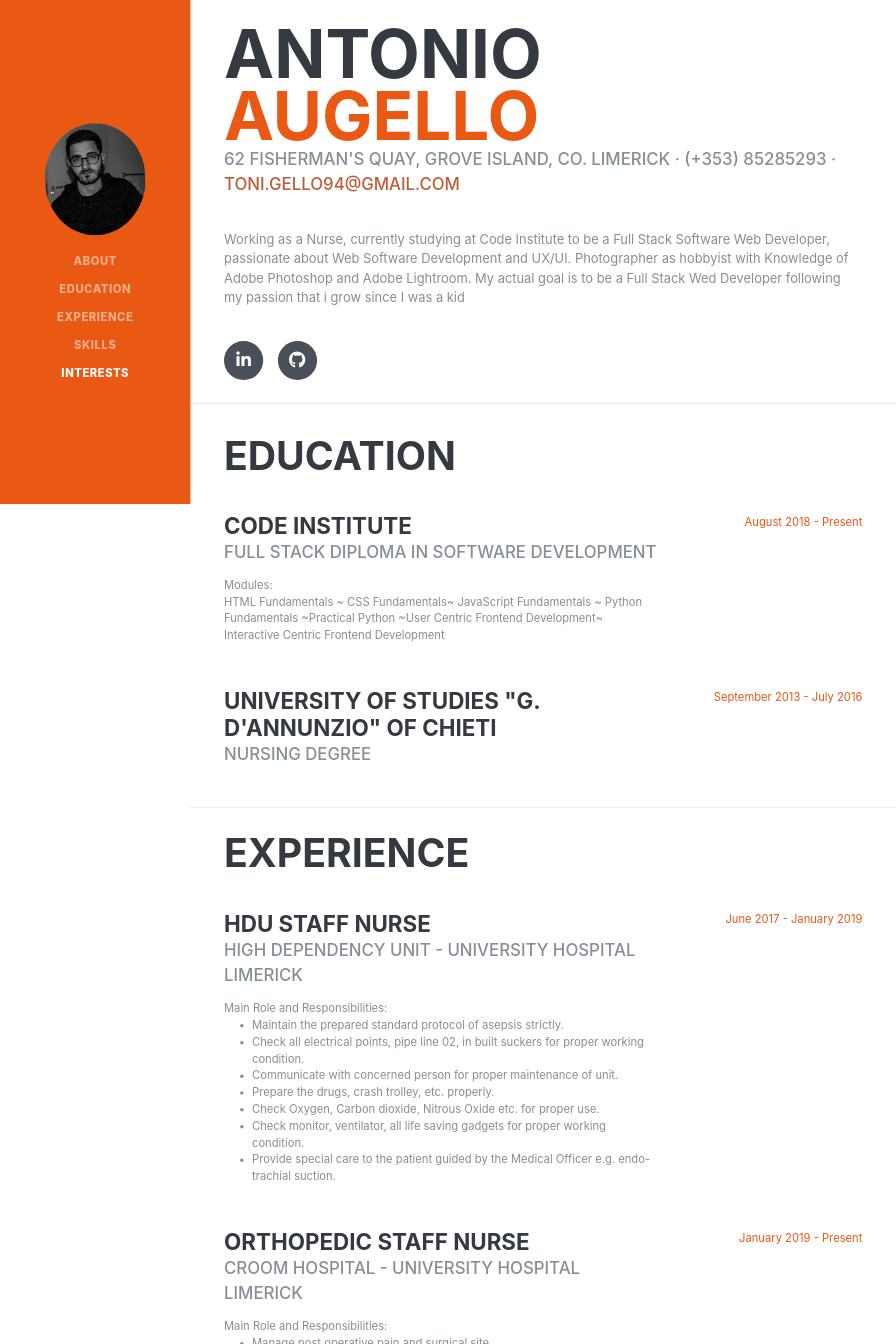
Repository: gello94/antonio_augello_online_Resume
Page: http://localhost/
The author's editor kept a record of every edit. The page is drawn from the files as they stood at one moment, then again after the next edit.
The browser window is 1280 px wide. The pictures show the part of the page from y = 0 to 1920 px (the page is 4249 px tall), at 70% of full size.
Some web fonts or font styles are not loaded; a fallback is used. The page is served by the project's application, run on Flask 3 (run.py).

Above is the page before.

After the next edit:
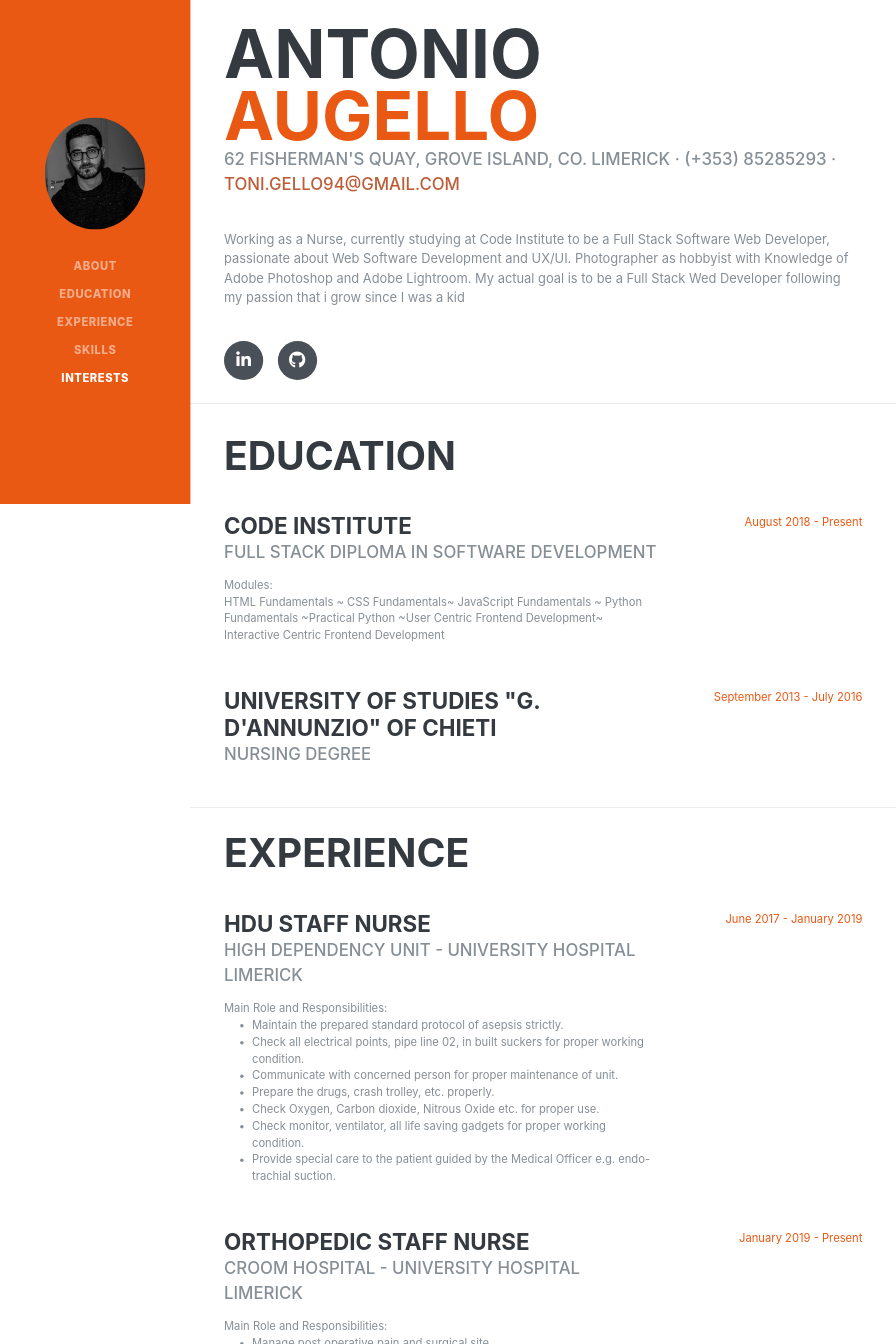
The edit:
--- a/static/css/main.css
+++ b/static/css/main.css
@@ -12,13 +12,11 @@
     margin-bottom: 15px;
 }
 
-@media (min-width: 992px){
-#sideNav .navbar-brand {
-    display: -webkit-box;
-    display: -ms-flexbox;
-    display: flex;
-    margin: auto auto 0;
-    padding: .5rem;
+@media (min-width: 992px) {
+    #sideNav .navbar-brand {
+
+        padding-bottom: 1.5rem;
+    }
 }
 
 .d-block .d-lg-none {
